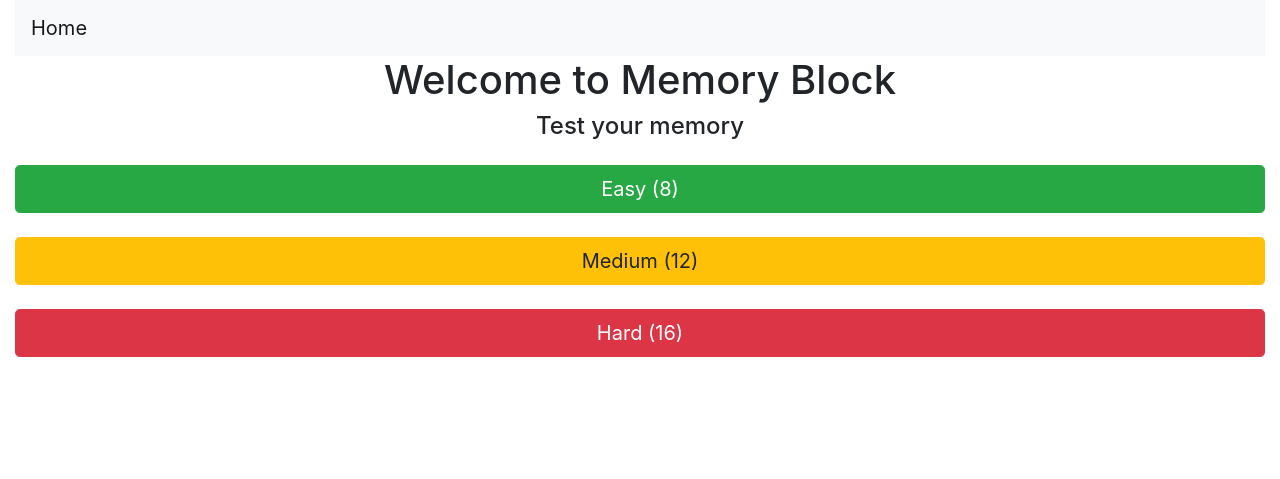
Repository: chrisrees85/memory-block
Page: index.html
The author's editor kept a record of every edit. The page is drawn from the files as they stood at one moment, then again after the next edit.
The browser window is 1280 px wide. The pictures show the whole page.

Above is the page before.
Console error: TypeError: Cannot set properties of null (setting 'innerHTML')

### index.html
<!DOCTYPE html>
<html lang="en">

<head>
    <meta charset="UTF-8">
    <meta name="viewport" content="width=device-width, initial-scale=1.0">
    <meta http-equiv="X-UA-Compatible" content="ie=edge">
    <title>Memory Block</title>
    <link rel="stylesheet" href="https://stackpath.bootstrapcdn.com/bootstrap/4.3.1/css/bootstrap.min.css" integrity="sha384-ggOyR0iXCbMQv3Xipma34MD+dH/1fQ784/j6cY/iJTQUOhcWr7x9JvoRxT2MZw1T" crossorigin="anonymous">
    <link rel="stylesheet" href="assets/css/style.css" type="text/css" />
</head>

<body>
    <div class="container-fluid">
        <nav class="navbar navbar-light bg-light">
            <a class="navbar-brand" href="index.html">Home</a>
        </nav>


        <div class="row">
            <div class="col">
                <h1 class="center">Welcome to Memory Block</h1>
            </div>
        </div>
        <div class="row">
            <div class="col">
                <h4 class="center">Test your memory</h4>
            </div>
        </div>
        <div class="row">
            <div class="col">
                <p class="center"></p>
            </div>
        </div>

        <div class="row">
            <div class="col">
                <a href="easy.html" class="btn btn-success btn-lg btn-block center-btn" id="easy-btn">Easy (8)</a>
            </div>
        </div>
        </br>
        <div class="row">
            <div class="col">
                <a href="medium.html" class="btn btn-warning btn-lg btn-block center-btn" id="medium-btn">Medium (12)</a>
            </div>
        </div>
        </br>
        <div class="row">
            <div class="col">
                <a href="hard.html" class="btn btn-danger btn-lg btn-block center-btn" id="hard-btn">Hard (16)</a>
            </div>
        </div>
    </div>

    <script src="https://code.jquery.com/jquery-3.3.1.slim.min.js" integrity="sha384-q8i/X+965DzO0rT7abK41JStQIAqVgRVzpbzo5smXKp4YfRvH+8abtTE1Pi6jizo" crossorigin="anonymous"></script>
    <script src="https://cdnjs.cloudflare.com/ajax/libs/popper.js/1.14.7/umd/popper.min.js" integrity="sha384-UO2eT0CpHqdSJQ6hJty5KVphtPhzWj9WO1clHTMGa3JDZwrnQq4sF86dIHNDz0W1" crossorigin="anonymous"></script>
    <script src="https://stackpath.bootstrapcdn.com/bootstrap/4.3.1/js/bootstrap.min.js" integrity="sha384-JjSmVgyd0p3pXB1rRibZUAYoIIy6OrQ6VrjIEaFf/nJGzIxFDsf4x0xIM+B07jRM" crossorigin="anonymous"></script>
    <script type="text/javascript" src="assets/js/scripts.js"></script>
</body>

</html>

### assets/css/style.css
*{
  padding: 0;
  margin: 0;
  box-sizing: border-box;
}

.center{
    text-align: center;
}

.board{
  width:80vw;
  margin: auto;
}

.tiles{
  background-color: lightblue;
  height:80px;
  border:2px solid black;
  border-radius: 5px;
  margin:1px;
}

.btn-right{
  float:right;
}

#btn,
#play-btn{
  width:26vw;
}

### assets/js/scripts.js
let tiles = Array.from(document.querySelectorAll('.tiles'));
let buttonDiv = document.getElementById('btn');
let tilesLength = tiles.length;
let score = 0;

// First function of the play button

function startButton() {
    buttonDiv.innerHTML = '<button type="button" class="btn btn-primary btn-lg" id="play-btn" onclick="onClick();">Start</button>';
}
startButton();

// Function performs when first button function is pressed

function onClick() {
    // Renders the button inactive so the user can't keep calling onClick function
    buttonDiv.innerHTML = '<button type="button" class="btn btn-primary btn-lg" id="play-btn">Timer Started</button>';

    // Countdown timer shown in the button text
    // Once time is up the buttons function changes to check users attempt
    let timeleft = 5;
    let countdownTimer = setInterval(function() {
        buttonDiv.innerHTML = '<button type="button" class="btn btn-primary btn-lg" id="play-btn"></button>';
        document.getElementById('play-btn').textContent = timeleft;
        timeleft -= 1;
        if (timeleft < 0) {
            clearInterval(countdownTimer);
            buttonDiv.innerHTML = '<button type="button" class="btn btn-primary btn-lg" id="play-btn" onclick="checkAttempt();" data-toggle="modal" data-target="#exampleModal">Check</button>';
        }
    }, 1000);

    // Shuffles the tiles array into a random order
    let i = tilesLength,
        rand, temp;
    while (--i > 0) {
        rand = Math.floor(Math.random() * (i + 1));
        temp = tiles[rand];
        tiles[rand] = tiles[i];
        tiles[i] = temp;
    }

    // Selects half of the shuffled array and adds the color class
    let bottomHalfTiles = tiles.slice(tilesLength / 2, tilesLength);
    bottomHalfTiles.forEach(function(i) {
        i.classList += (' green');
    });

    // Replaces the color class with an unused class after 6 seconds
    function clearBoard() {
        bottomHalfTiles.map(function(i) {
            i.classList.replace('green', 'in-play');
        });
    }
    setTimeout(clearBoard, 6000);
    console.log(tiles);

    // Activates the users ability to click and change the block color 6 seconds after the start button is pressed
    function allowUserClick() {
        tiles.forEach(function(i) {
            i.addEventListener('click', tileClicked);
        });

        function tileClicked() {
            this.classList.toggle('green');
        }
    }
    setTimeout(allowUserClick, 6000);
}


// Function checks the users answers on clicking the check button and displays a modal
function checkAttempt() {
    let modalBtn = document.getElementById('modal-btn');

    // Loops through the tiles array and increments 1 to the score if a condition is true
    function checkClasses() {
        tiles.forEach(function(it) {
            if ((it.classList.contains('in-play')) && (it.classList.contains('green'))) {
                score++;
            }
            else if ((it.classList.contains('tiles')) && (it.classList.contains('green')) && !(it.classList.contains('in-play'))) {
                score = tilesLength;
            }
        });
    }
    checkClasses();

    // Modal either gives a yes or no answer as to whether the user has succeeded
    if (score == tilesLength / 2) {
        document.getElementById('modal-head').textContent = ('CONGRATULATIONS');
        document.getElementById('modal-text').textContent = ('Your memory served you well');
        modalBtn.innerHTML = '<button type="button" class="btn btn-secondary" onclick="location.reload();">Play Again</button>';
    }else {
        document.getElementById('modal-head').textContent = ('OOPS, SORRY');
        document.getElementById('modal-text').textContent = ('Would you like to try again or Start New Game');
        modalBtn.innerHTML = '<button type="button" class="btn btn-secondary" data-dismiss="modal" onclick="reveal();">Reveal</button>';
    }
    // resets the score to 0 to keep the users attempt accurate
    score = 0;
}

function reveal(){
    revealStageTwo
    tiles.forEach(function(it){
        it.classList.remove('green');
    });
}

After the next edit:
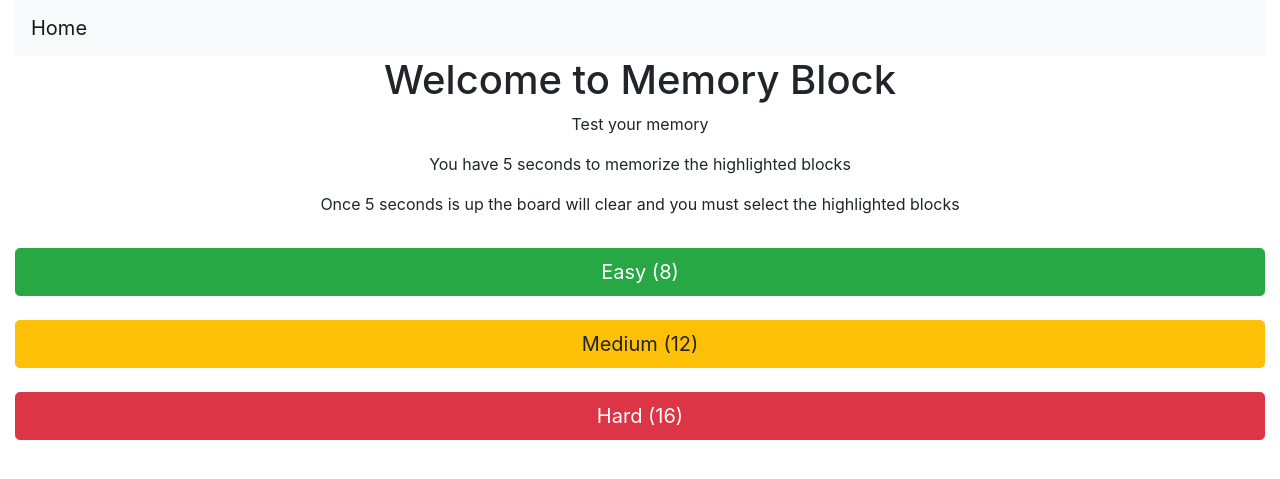
The edit:
--- a/index.html
+++ b/index.html
@@ -24,7 +24,9 @@
         </div>
         <div class="row">
             <div class="col">
-                <h4 class="center">Test your memory</h4>
+                <p class="center">Test your memory</p>
+                <p class="center">You have 5 seconds to memorize the highlighted blocks</p>
+                <p class="center">Once 5 seconds is up the board will clear and you must select the highlighted blocks</p>
             </div>
         </div>
         <div class="row">
